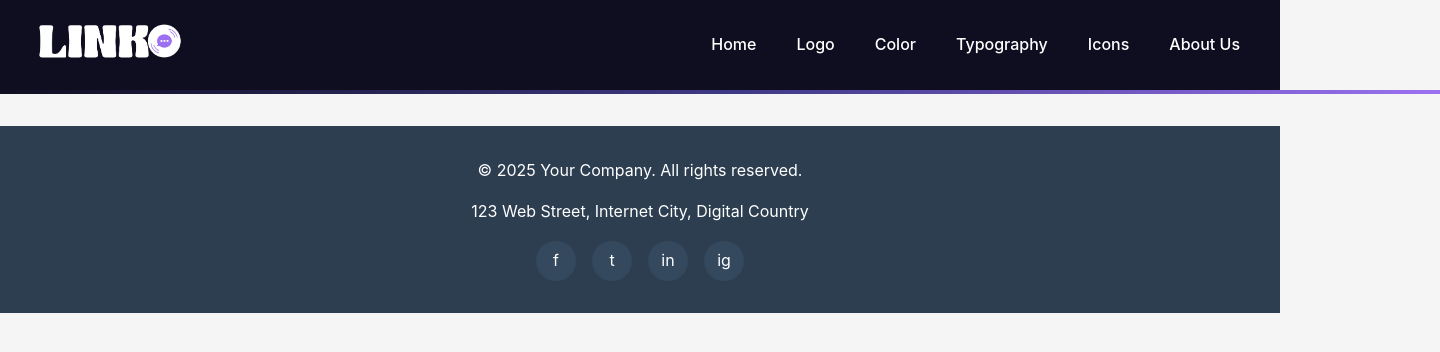
Repository: primcharlin/LINKO-A5Styleguide
Page: index.html
These files come from the project's save history. The page is drawn as it stood at one moment and after the next save; the edit follows.
The browser window is 1280 px wide. The page is 1440 px wide, then 1280 px, so the pictures cover 1440 px, including what lies to the right of the window. The pictures show the whole page.

Above is the page before, as saved 2025-04-10 16:23:46.

### index.html
<!DOCTYPE html>
<html lang="en">
<head>
    <meta charset="UTF-8">
    <meta name="viewport" content="width=device-width, initial-scale=1.0">
    <title>Modern Website</title>
    <link rel="stylesheet" href="styles.css">
</head>
<body>
    <header>
        <div class="logo">
            <img src="img/linko-logo.png" alt="LINKO Logo">
        </div>

        <nav>
            <ul>
                <li><a href="#">Home</a></li>
                <li><a href="#">Logo</a></li>
                <li><a href="#">Color</a></li>
                <li><a href="#">Typography</a></li>
                <li><a href="#">Icons</a></li>
                <li><a href="#">About Us</a></li>
            </ul>
        </nav>

    </header>
    <div class="nav-divider"></div>

    <main>

    </main>

    <footer>
        <p>© 2025 Your Company. All rights reserved.</p>
        <p>123 Web Street, Internet City, Digital Country</p>
        <div class="social-links">
            <a href="#" class="social-icon">f</a>
            <a href="#" class="social-icon">t</a>
            <a href="#" class="social-icon">in</a>
            <a href="#" class="social-icon">ig</a>
        </div>
    </footer>
</body>
</html>

### styles.css
/* Reset styles */
* {
    margin: 0;
    padding: 0;
    box-sizing: border-box;
    font-family: Inter;
}

/* Body styles */
body {
    background-color: #f5f5f5;
    color: #333;
    line-height: 1.6;
}

/* Header styles */
header {
    background-color: #0F0E21;
    color: white;
    padding: 1rem 2rem;
    display: flex;
    justify-content: space-between;
    align-items: center;
}

.nav-divider {
    width: 1440px;
    height: 4px;
    margin-bottom: 20px;
    background: var(--background-default-dark-mode, linear-gradient(270deg, #9B71F1 0%, #3F3A87 48.08%, #0F0E21 100%));
}

.logo img {
    height: 50px; /* Adjust based on your preference */
    width: auto; /* Maintains aspect ratio */
    max-width: 400px; /* Prevents logo from being too wide */
}

header h1 {
    font-size: 1.8rem;
}

header p {
    font-size: 0.9rem;
}

/* Navigation styles */
nav {
    display: flex;
    align-items: center;
}

nav ul {
    display: flex;
    list-style: none;
    gap: 1.5rem;
}

nav a {
    color: white;
    text-decoration: none;
    font-weight: 500;
    transition: color 0.3s;
    padding: 0.5rem;
}

nav a:hover {
    color: #3498db;
}

/* Main content styles */
main {
    max-width: 1200px;
    margin: 2rem auto;
    padding: 0 2rem;
}

/* Features section */
.features {
    display: flex;
    flex-wrap: wrap;
    gap: 2rem;
    margin: 3rem 0;
}

.feature-card {
    flex: 1;
    min-width: 300px;
    background-color: white;
    padding: 2rem;
    border-radius: 8px;
    box-shadow: 0 4px 6px rgba(0, 0, 0, 0.1);
    transition: transform 0.3s, box-shadow 0.3s;
}

.feature-card:hover {
    transform: translateY(-5px);
    box-shadow: 0 10px 15px rgba(0, 0, 0, 0.1);
}

.feature-card h3 {
    color: #2c3e50;
    margin-bottom: 1rem;
    font-size: 1.5rem;
}

.feature-icon {
    background-color: #3498db;
    color: white;
    width: 60px;
    height: 60px;
    display: flex;
    align-items: center;
    justify-content: center;
    border-radius: 50%;
    margin-bottom: 1.5rem;
    font-size: 1.5rem;
}

/* CTA section */
.cta {
    background-color: #3498db;
    padding: 3rem 2rem;
    text-align: center;
    margin: 3rem 0;
    border-radius: 8px;
    color: white;
}

.cta h2 {
    font-size: 2rem;
    margin-bottom: 1rem;
}

.cta p {
    max-width: 600px;
    margin: 0 auto 2rem;
}

.btn {
    display: inline-block;
    background-color: white;
    color: #3498db;
    padding: 0.8rem 2rem;
    border-radius: 50px;
    text-decoration: none;
    font-weight: 600;
    transition: background-color 0.3s, transform 0.3s;
}

.btn:hover {
    background-color: #f5f5f5;
    transform: scale(1.05);
}

/* Footer styles */
footer {
    background-color: #2c3e50;
    color: white;
    padding: 2rem;
    text-align: center;
}

footer p {
    margin-bottom: 1rem;
}

.social-links {
    display: flex;
    justify-content: center;
    gap: 1rem;
    margin-top: 1rem;
}

.social-icon {
    background-color: #34495e;
    color: white;
    width: 40px;
    height: 40px;
    display: flex;
    align-items: center;
    justify-content: center;
    border-radius: 50%;
    text-decoration: none;
    transition: background-color 0.3s;
}

.social-icon:hover {
    background-color: #3498db;
}

/* Responsive styles */
@media (max-width: 900px) {
    header {
        flex-direction: column;
        padding: 1rem;
        text-align: center;
    }

    .logo {
        margin-bottom: 1rem;
    }

    nav ul {
        flex-wrap: wrap;
        justify-content: center;
        gap: 1rem 1.5rem;
    }
}

@media (max-width: 600px) {
    .features {
        flex-direction: column;
    }
}

After the next save:
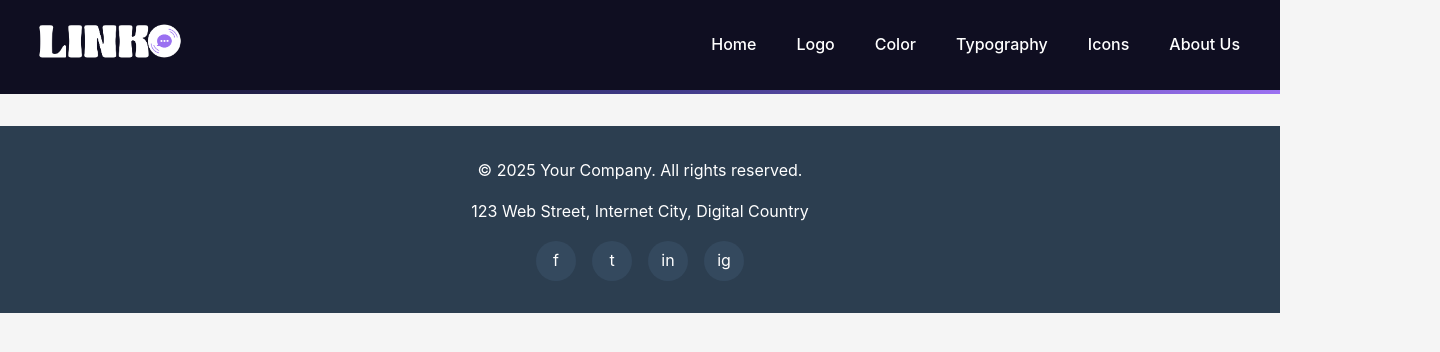
Saved 35 s later.
--- a/styles.css
+++ b/styles.css
@@ -24,7 +24,7 @@ header {
 }
 
 .nav-divider {
-    width: 1440px;
+    width: auto;
     height: 4px;
     margin-bottom: 20px;
     background: var(--background-default-dark-mode, linear-gradient(270deg, #9B71F1 0%, #3F3A87 48.08%, #0F0E21 100%));
